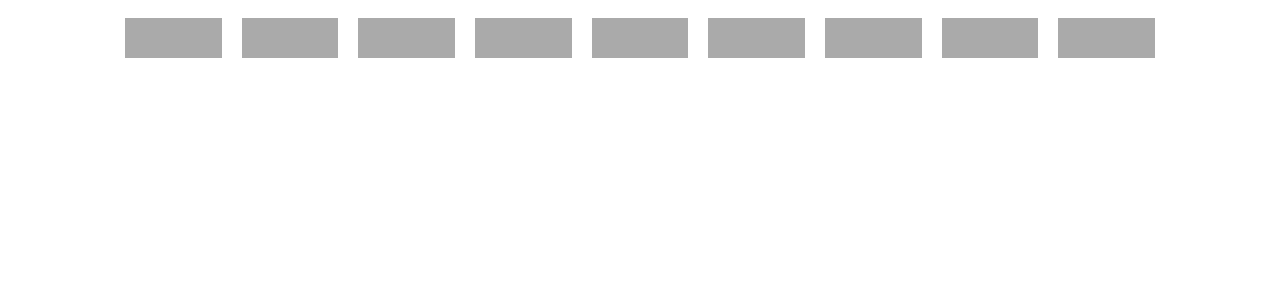
Repository: Vicky185/the-importance-of-this
Page: index.html
The author's editor kept a record of every edit. The page is drawn from the files as they stood at one moment, then again after the next edit.
The browser window is 1280 px wide. The pictures show the whole page.
After loading, the first visible `div.box` was clicked once.

Above is the page before.
Console error: TypeError: Cannot read properties of undefined (reading '1')

### index.html
<!DOCTYPE html>
<html lang="en">

<head>
    <meta charset="UTF-8">
    <meta name="viewport" content="width=device-width, initial-scale=1.0">
    <meta http-equiv="X-UA-Compatible" content="ie=edge">
    <link rel="stylesheet" href="css/style.css" type="text/css" />
    <script type="text/javascript" src="js/jquery-3.4.1.js"></script>
    <title>Document</title>
</head>

<body>

    <div class="container">

        <div class="box one">
        </div>
        <div class="box three">
        </div>
        <div class="box one">
        </div>

        <div class="box two">
        </div>
        <div class="box one">
        </div>
        <div class="box two">
        </div>

        <div class="box three">
        </div>
        <div class="box three">
        </div>
        <div class="box two">
        </div>

    </div>

    <script type="text/javascript" src="js/script.js"></script>
</body>

</html>

### css/style.css
.container {
    display: flex; /* makes our container in a flexbox*/
    flex-flow: row wrap; /* layout the rows and wrap them*/
    box-sizing: border-box;
    margin-right: auto;
    margin-left: auto;
    max-width: 1050px;
}

.box {
    flex: 1; /* makes contents controllable with flexbox*/
    display: flex;
    flex-flow: column;
    max-width: 240px;
    margin: 10px;
    padding: 20px;
    background-color: #aaa;
}

### js/script.js
$(document).ready(function(){
   $(".box").on("click", function(){
      var classNames = $(this).attr("class").split(" ");
      var boxClass = classNames[0];
      var className = className[1];
      if ($(this).css("background-color") == "rbg(255, 0, 0)") {
          $("." + className).css("background-color", "#aaa");
      } else {
          $("." + boxClass).css("background-color", "#aaa");
          $("." + className).css("background-color", "red");
      }
   });
});

Loaded but not shown: js/jquery-3.4.1.js (library)

After the next edit:
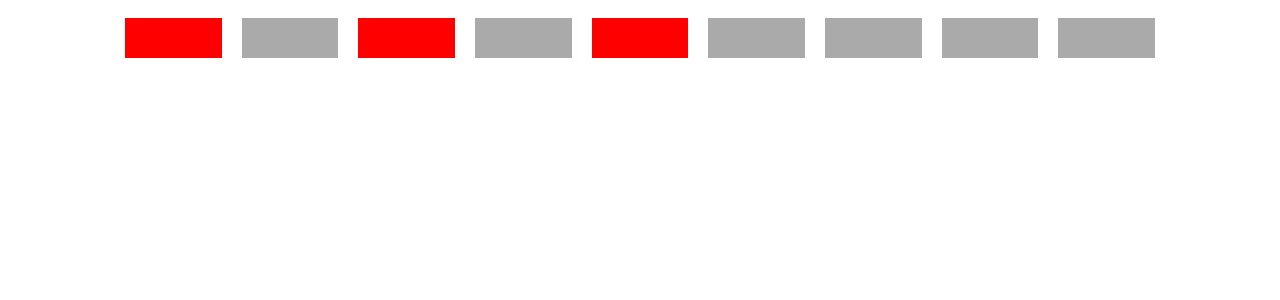
The error is gone.
The edit:
--- a/js/script.js
+++ b/js/script.js
@@ -2,7 +2,7 @@
    $(".box").on("click", function(){
       var classNames = $(this).attr("class").split(" ");
       var boxClass = classNames[0];
-      var className = className[1];
+      var className = classNames[1];
       if ($(this).css("background-color") == "rbg(255, 0, 0)") {
           $("." + className).css("background-color", "#aaa");
       } else {
